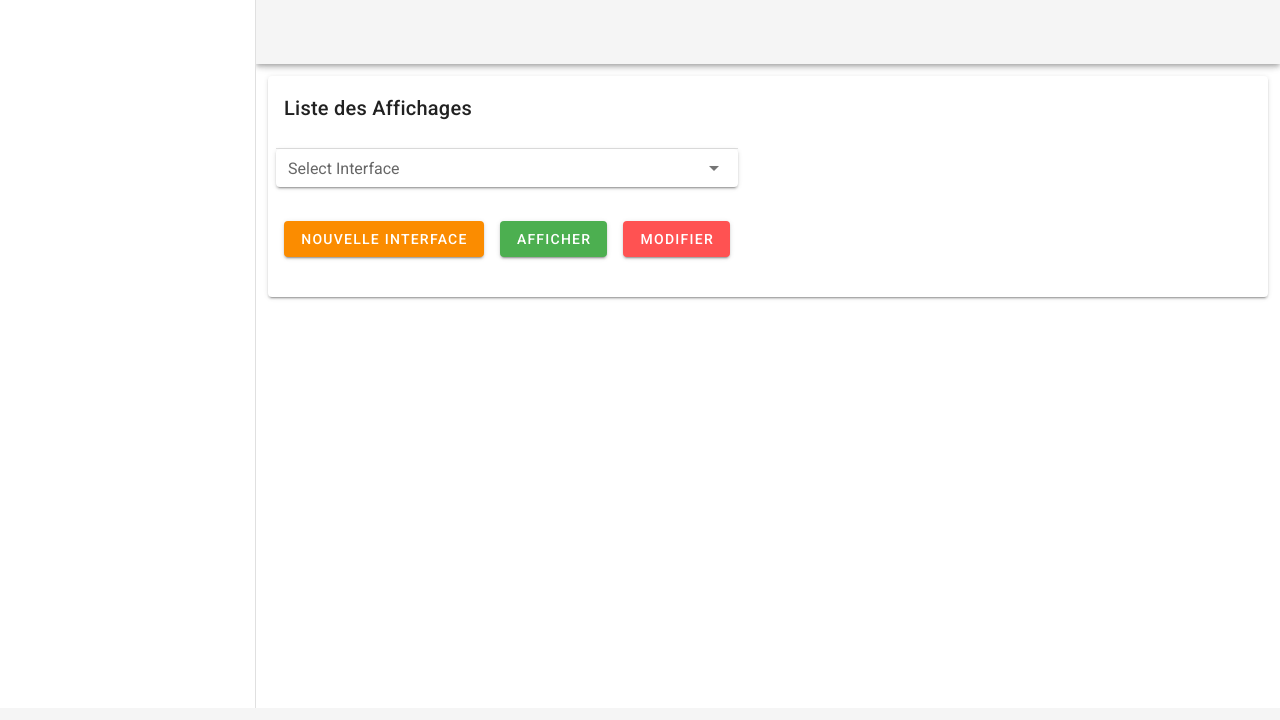
Repository: Hamagistral/BannerApp-Vue
Page: /#/
An editor plug-in stored every save of this project. The page is shown before and after the next save, followed by the edit.
The browser window is 1280 px wide. The pictures show the whole page.
The project was rebuilt for these pictures with package versions that can differ from the ones it lists, and the page was loaded fresh each time. Also part of the build but not shown: vue.config.js. Imported but missing from the stored project, and not drawn on this page: src/DynamicPage.vue.

Above is the page before, as saved 2023-02-07 01:11:10.

After the next save:
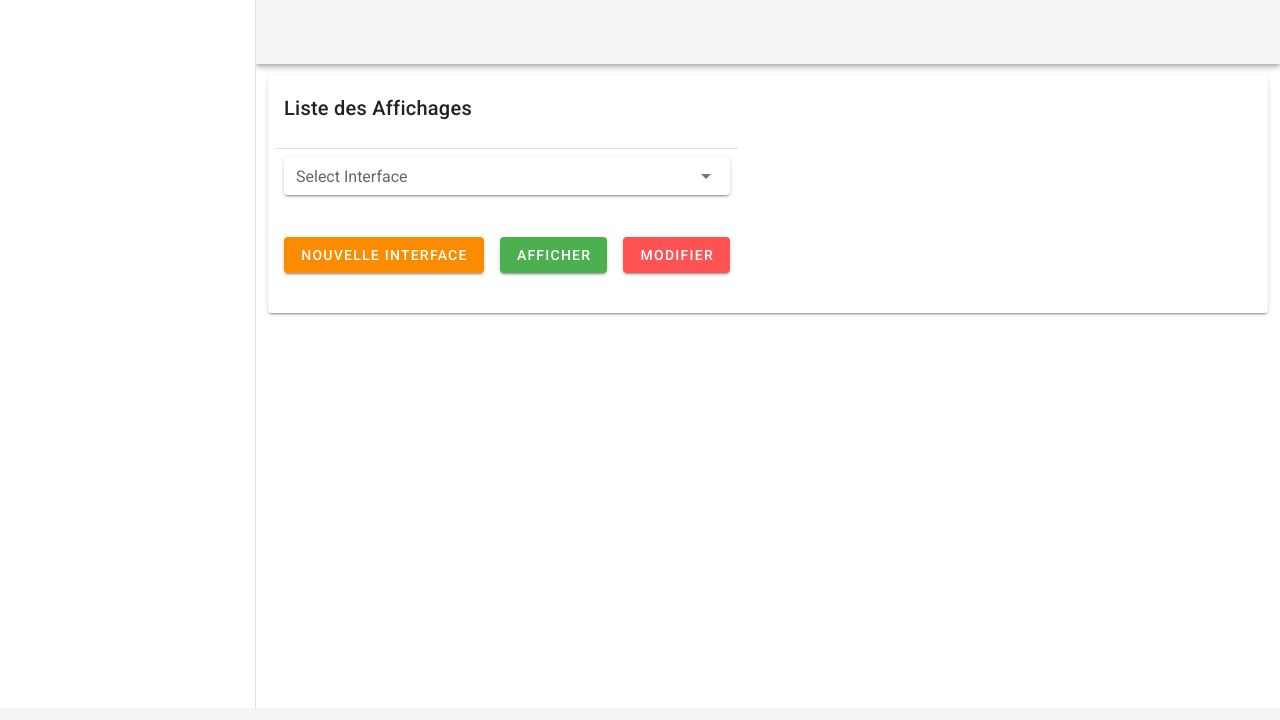
Saved 5 s later.
--- a/src/Home.vue
+++ b/src/Home.vue
@@ -11,7 +11,7 @@
               <div class="text-center">
                 <v-divider></v-divider>
                 <v-select
-                  class=""
+                  class="ma-2"
                   :items="items"
                   label="Select Interface"
                   dense
